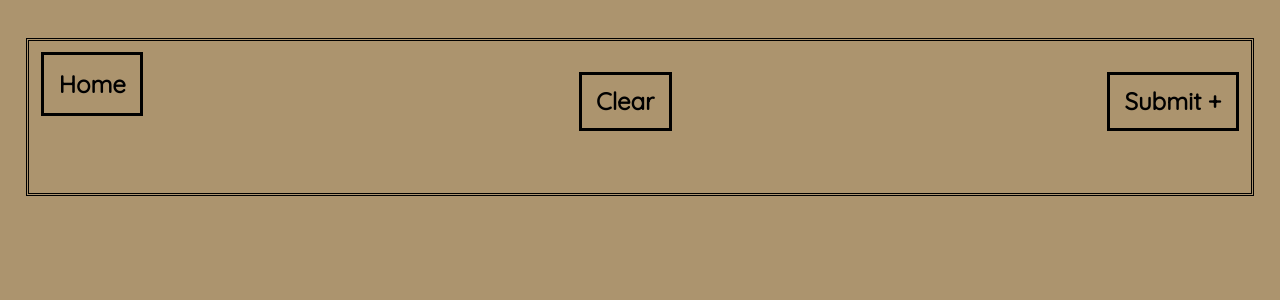
Repository: rickypcyt/ricky-react-portfolio
Page: /WebMural
The author's editor kept a copy of each file at every save. The page is drawn from the files as they stood at one save, then again after a run of saves.
The browser window is 1280 px wide. The pictures show the whole page.
The project was rebuilt for these pictures with package versions that can differ from the ones it lists, and the page was loaded fresh each time. Also part of the build but not shown: src/Content.js, src/pages/Info.js, src/pages/Projects.js, src/pages/Contact.js, src/pages/NotesJS.js.

Above is the page before, as saved 2022-09-12 15:02:02.

### src/index.js
import React from "react";
import ReactDOM from "react-dom/client";
import "./index.css";
import App from "./App";
import reportWebVitals from "./reportWebVitals";
import { BrowserRouter, Routes, Route, Switch } from "react-router-dom";

const root = ReactDOM.createRoot(document.getElementById("root"));
root.render(
  <React.StrictMode>
    <BrowserRouter>
      <App />
    </BrowserRouter>
  </React.StrictMode>
);

// If you want to start measuring performance in your app, pass a function
// to log results (for example: reportWebVitals(console.log))
// or send to an analytics endpoint. Learn more: https://bit.ly/CRA-vitals
reportWebVitals();

### src/index.css
@import url("https://fonts.googleapis.com/css2?family=Quicksand");

input[type="file"] {
  display: none;
}
.container {
  top: 0%;
  left: 0%;
}
::marker {
  display: none;
}
.image-container {
  width: 100%;
  margin: auto;
  display: flex;
  flex-direction: row;
  justify-content: space-evenly;
  gap: 15px;
  padding: 10px;
}
body {
  line-height: 1;
  font-family: "Quicksand";
  font-size: large;
  margin: 2%;
  padding: 1%;
  border-style: double;
  margin-top: 3%;
  background: #ac946e;
}
ol {
  list-style: none;
  display: flex;
  padding: 0;
  justify-content: space-between;
  align-items: flex-start;
  display: flex;
  flex-wrap: wrap;
  align-content: center;
}
.content {
  position: absolute;
  right: calc(var(--pad) * 2);
  bottom: calc(var(--pad) * 2);
  white-space: nowrap;
}
.parrafo {
  line-height: 1.5;
  text-align: end;
  font-size: larger;
}
.parrafo span {
  display: block;
}
.titulo {
  margin: 0;
}
.oli {
  font-weight: bold;
  border-style: solid;
  font-size: x-large;
  padding: 1ch;
}
.descripcion {
  font-weight: lighter;
  font-style: oblique;
}
.oli:hover {
  color: black;
  border-style: dotted;
}
.page {
  padding-top: 2%;
  padding-bottom: 3%;
}
.pageContact {
  padding-top: 8%;
  padding-bottom: 9%;
}
.cabeceranavi {
  padding-bottom: 1%;
}
p {
  font-weight: bold;
}
a {
  color: black;
  text-decoration: none;
  padding: 0ch;
}
span {
  font-size: larger;
}
li {
  width: 7%;
  height: 10%;
}
ul {
  list-style-type: none;
  margin: 0%;
  display: flex;
  align-items: center;
  flex-direction: row;
  padding-top: 5%;
  padding-bottom: 5%;
  padding-left: 0%;
  justify-content: space-around;
}
.imagenes {
  display: block;
  height: auto;
  width: auto;
  padding-top: 5%;
  padding-bottom: 5%;
}

.imagenesproyect {
  position: relative;
}
.fixer {
  display: flex;
  flex-direction: row;
  justify-content: space-evenly;
  padding-bottom: 3%;
}
.overlay {
  position: absolute;
  top: 0.83cm;

  background: rgb(0, 0, 0);
  background: rgb(2, 0.3, 0.9, 0.6); /* Black see-through */
  color: #f1f1f1;
  width: 100%;
  transition: 0.5s ease;
  color: white;
  text-align: center;
  font-size: 20px;
  padding-top: 20px;
  padding-bottom: 20px;
  opacity: 0;
}
.imagenesproyect:hover .overlay {
  opacity: 1;
}
.overlay2 {
  position: absolute;
  bottom: 8%;
  background: rgb(0, 0, 0);
  background: rgba(40, 40, 40, 0.6); /* Black see-through */
  color: #f1f1f1;
  width: 100%;
  transition: 0.5s ease;
  color: white;
  text-align: center;
  font-size: 20px;
  padding-top: 20px;
  padding-bottom: 20px;
  opacity: 0;
}
.imagenesproyect:hover .overlay2 {
  opacity: 1;
}

.homeinfo {
  font-size: x-large;
}

@media screen and (max-width: 1340px) {
  .fixer {
    flex-direction: column;
    justify-content: center;
  }
  .imagenes {
    height: auto;
    width: 100%;
  }
  ol {
  }
}

.image-container {
  width: auto;
  margin: auto;
  /* display: flex; */
  flex-wrap: wrap;
  gap: 15px;
  padding: 10px;
}

.image-container img {
  max-width: 100%;
  max-height: 225px;
}

.container .image-container .image {
  border: 4px solid black;
  overflow: hidden;
  /* cursor: pointer; */
}

.container .image-container .image img {
  height: 100%;
  width: 100%;
}
@media (max-width: 700px) {
  .image-container img {
    max-height: -10px;
  }
}

.image:hover {
  transform: scale(1.15); /* (150% zoom - Note: if the zoom is too large, it will go outside of the viewport) */
}

.oli:hover {
  transform: scale(1.15); /* (150% zoom - Note: if the zoom is too large, it will go outside of the viewport) */
}

### src/App.js
import Content from "./Content";
import Info from "./pages/Info";
import Projects from "./pages/Projects";
import Contact from "./pages/Contact";
import WebMural from "./pages/WebMural";
import NotesJS from "./pages/NotesJS";
import { Route, Routes, Switch } from "react-router-dom";

function App() {
  return (
    <>
      <Routes>
        <Route path="/" element={<Content />}/>
        <Route path="/Projects" element={<Projects />} />
        <Route path="/Info" element={<Info />} />
        <Route path="/Contact" element={<Contact />} />
        <Route path="/WebMural" element={<WebMural />} />
        <Route path="/NotesJS" element={<NotesJS />} />
      </Routes>
    </>
  );
}
export default App;

### src/pages/WebMural.js
import React, { useState } from "react";

import { Link, useMatch, useResolvedPath } from "react-router-dom";

const UploadAndDisplayImage = () => {
  const [selectedFiles, setSelectedFiles] = useState([]);
  const handleImageChange = (e) => {
    setSelectedFiles([]);
    if (e.target.files) {
      const filesArray = Array.from(e.target.files).map((file) =>
        URL.createObjectURL(file)
      );
      setSelectedFiles((prevImages) => prevImages.concat(filesArray));
      Array.from(e.target.files).map((file) => URL.revokeObjectURL(file));
    }
  };

  const renderPhotos = (source) => {
    return source.map((photo) => {
      return (
        <div class="container">
          <figure class="image-container">
            <img className="image" src={photo} alt="" key={photo} />
          </figure>
        </div>
      );
    });
  };

  return (
    <main>
      <nav className="cabeceranavi">
        <ol>
          <div>
            <CustomLink to="/" className="oli">
              Home
            </CustomLink>
          </div>
          <nav className="oli" onClick={() => handleImageChange(null)}>
            Clear
          </nav>
          <label for="upload-button">
            <nav>
              <input
                type="file"
                id="upload-button"
                multiple="multiple"
                accept="image/*"
                onChange={handleImageChange}
              />
              <div class="oli"> Submit + </div>
            </nav>
          </label>
        </ol>
      </nav>
      {selectedFiles && (
        <div className="paddingimxd">
          <div class="image-container">{renderPhotos(selectedFiles)}</div>
        </div>
      )}
    </main>
  );
};

export default UploadAndDisplayImage;

function CustomLink({ to, children, ...props }) {
  const resolvedPath = useResolvedPath(to);
  const isActive = useMatch({ path: resolvedPath.pathname, end: true });
  return (
    <li className={isActive ? "active" : ""}>
      <Link to={to} {...props}>
        {children}
      </Link>
    </li>
  );
}

Loaded but not shown: public/index.html (common file); src/reportWebVitals.js (common file)

After the next 5 saves:
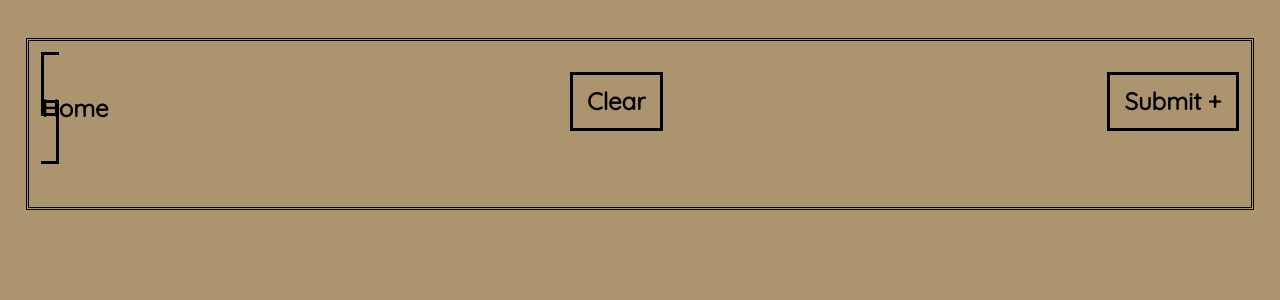
The 5 saves are shown as one change because they came seconds apart.
The last was saved 24 s later.
--- a/src/pages/WebMural.js
+++ b/src/pages/WebMural.js
@@ -31,11 +31,9 @@ const UploadAndDisplayImage = () => {
     <main>
       <nav className="cabeceranavi">
         <ol>
-          <div>
-            <CustomLink to="/" className="oli">
-              Home
-            </CustomLink>
-          </div>
+          <CustomLink to="/" className="oli">
+            <div>Home</div>
+          </CustomLink>
           <nav className="oli" onClick={() => handleImageChange(null)}>
             Clear
           </nav>
